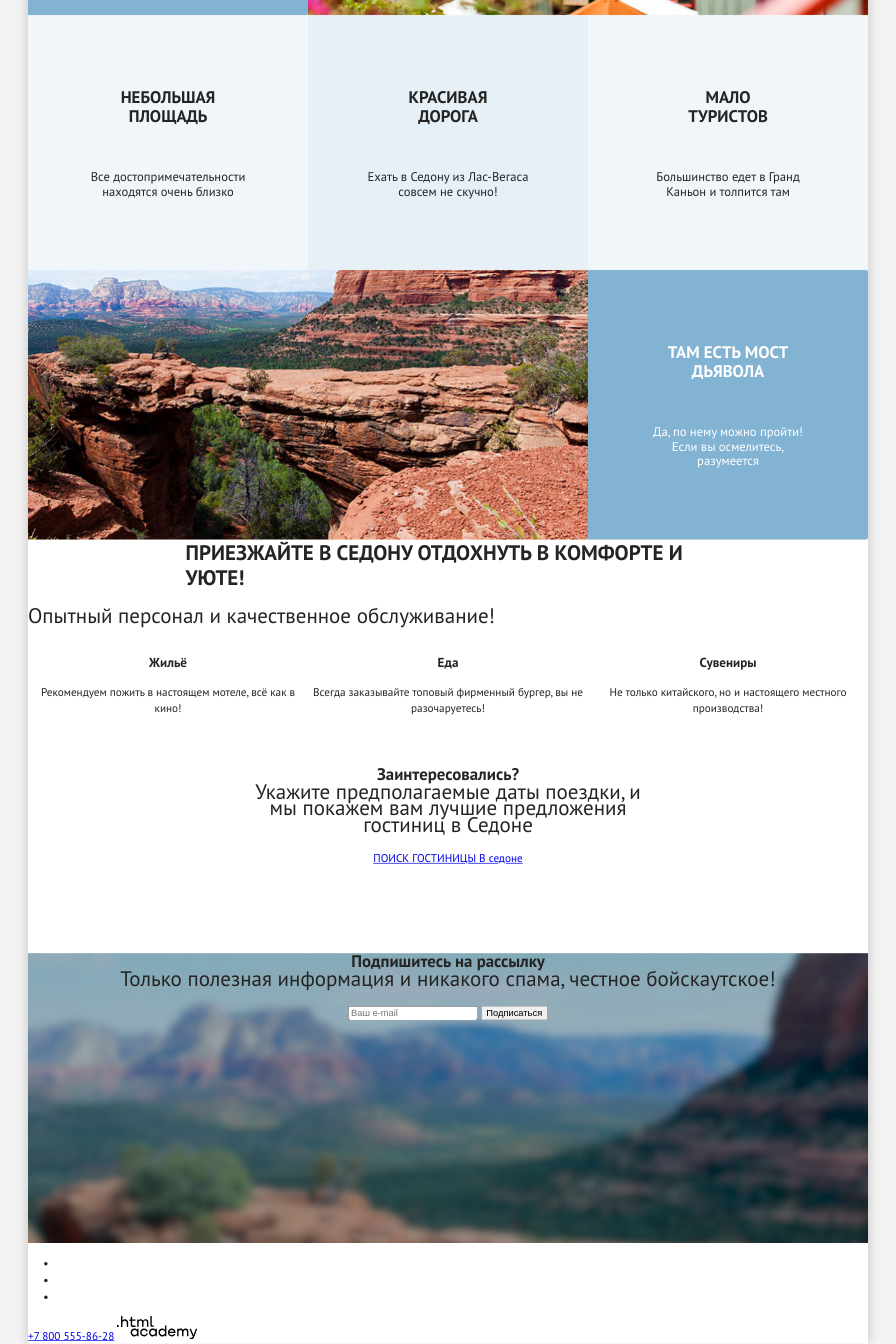
Repository: zakhgagne/2512253-sedona-1
Page: index.html
The author's editor kept a copy of each file at every save. The page is drawn from the files as they stood at one save, then again after the next save.
The browser window is 1280 px wide. The pictures show the part of the page from y = 1194 to 3114 px (the page is 3114 px tall before and 3108 px after), at 70% of full size.

Above is the page before, as saved 2024-05-11 14:09:37.

### index.html
<!DOCTYPE html>
<html lang="ru">

  <head>
    <meta charset="utf-8">
    <title>Сайт города Седона</title>
    <link rel="stylesheet" href="styles/styles.css">
  </head>

  <body>
    <div class="container">
      <header class="header">
        <a class="logo-link" href="#">
          <img class="logo-image" src="./images/logo.svg" alt="Любимая Седона" width="" height="">
        </a>
        <nav class="navigation">
          <ul class="main-menu">
            <li class="menu-item">
              <a href="./index.html" class="menu-link">Главная</a>
            </li>
            <li class="menu-item">
              <a href="#" class="menu-link">О Седоне</a>
            </li>
            <li class="menu-item">
              <a href="./catalog.html" class="menu-link">Гостиницы</a>
            </li>
          </ul>
          <ul class="user-menu">
            <li class="user-menu-item">
              <a href="#" class="user-menu-link">
                <span class="visually-hidden">Поиск</span>
              </a>
            </li>
            <li class="user-menu-item">
              <a href="#" class="user-menu-link">
                <span class="visually-hidden">Избранное</span>
                <span class="like-number">12</span>
              </a>
            </li>
            <li class="user-menu-item">
              <a href="#" class="user-menu-link">Хочу сюда!</a>
            </li>
          </ul>
        </nav>
      </header>
      <main class="main-container">
        <h1 class="visually-hidden">Cайт города Седона</h1>
        <section class="welcome">
          <h2 class="visually-hidden">Приглашение</h2>
          <img src="./images/welcome.svg" class="welcome-image" width="" height="" alt="Welcome">
        </section>

        <section class="city">
          <h2 class="city-title">Седона — небольшой городок в Аризоне, заслуживающий большего!</h2>
          <p class="city-subtitle">Рассмотрим причины, по которым Седона круче, чем Гранд-каньон!</p>

          <ul class="reason-list">
            <li class="reason-item reason-item-special">
              <div class="reason-container">
                <h3 class="reason-title">Настоящий городок</h3>
                <p class="reason-text">Седона — не аттракцион для туристов, там течёт своя жизнь</p>
              </div>
              <img src="./images/photo-1.jpg" class="reason-image" width="" height="">
            </li>
            <li class="reason-item">
              <div class="reason-container">
                <h3 class="reason-title">Небольшая площадь</h3>
                <p class="reason-text">Все достопримечательности находятся очень близко</p>
              </div>
            </li>
            <li class="reason-item">
              <div class="reason-container">
                <h3 class="reason-title">Красивая дорога</h3>
                <p class="reason-text">Ехать в Седону из Лас-Вегаса совсем не скучно!</p>
              </div>
            </li>
            <li class="reason-item">
              <div class="reason-container">
                <h3 class="reason-title">Мало туристов</h3>
                <p class="reason-text">Большинство едет в Гранд Каньон и толпится там</p>
              </div>
            </li>
            <li class="reason-item reason-item-special">
              <img src="./images/photo-2.jpg" class="reason-image" width="" height="">
              <div class="reason-container">
                <h3 class="reason-title">Там есть мост дьявола</h3>
                <p class="reason-text">Да, по нему можно пройти! Если вы осмелитесь, разумеется</p>
              </div>
            </li>
          </ul>
        </section>

        <section class="city-welcome">
          <h2 class="desription">Приезжайте в Седону отдохнуть в комфорте и уюте!</h2>
          <p class="simple-text">Опытный персонал и качественное обслуживание!</p>

          <ul class="comfort-list">
            <li class="comfort-item">
              <h3 class="comfort-title">Жильё</h3>
              <p class="comfort-text">Рекомендуем пожить в настоящем мотеле, всё как в кино!</p>
            </li>
            <li class="comfort-item">
              <h3 class="comfort-title">Еда</h3>
              <p class="comfort-text">Всегда заказывайте топовый фирменный бургер, вы не разочаруетесь!</p>
            </li>
            <li class="comfort-item">
              <h3 class="comfort-title">Сувениры</h3>
              <p class="comfort-text">Не только китайского, но и настоящего местного производства!</p>
            </li>
          </ul>
        </section>

        <section class="interest">
          <h2 class="desription">Заинтересовались?</h2>
          <p class="simple-text">Укажите предполагаемые даты поездки, и мы покажем вам лучшие предложения гостиниц в
            Седоне</p>
          <a href="#" class="button-search-motel">ПОИСК ГОСТИНИЦЫ В седоне</a>
        </section>

      </main>

      <footer>
        <section class="news-letter">
          <h2 class="desription">Подпишитесь на рассылку</h2>
          <p class="simple-text">Только полезная информация и никакого спама, честное бойскаутское!</p>

          <form class="subscribe-form" action="https://echo.htmlacademy.ru/" method="post">
            <input class="field" placeholder="Ваш e-mail" type="email" name="distribution-email" required>
            <button class="subscribe-form-button" type="submit">Подписаться</button>
          </form>
        </section>
        <div class="footer-container">
          <section class="contacts">
            <h2 class="visually-hidden">Контакты</h2>
            <ul class="contact-list">
              <li class="contact-list-item">
                <a href="#" class="contact-list-link">
                  <p class="visually-hidden">Вконтакте</p>
                </a>
              </li>
              <li class="contact-list-item">
                <a href="#" class="contact-list-link">
                  <p class="visually-hidden">Телеграм</p>
                </a>
              </li>
              <li class="contact-list-item">
                <a href="#" class="contact-list-link">
                  <p class="visually-hidden">Ютуб</p>
                </a>
              </li>
            </ul>
            <a class="footer-contacts-address-phone" href="tel:+78005558628">+7 800 555-86-28</a>
            <a class="htmlacademy-link" href="https://htmlacademy.ru/">
              <img src="./images/logo-academy.svg" width="" height="" alt="Академия">
            </a>
          </section>
        </div>
      </footer>
    </div>
  </body>

</html>

### styles/styles.css
@font-face {
  font-family: "PT Sans";
  font-style: normal;
  font-weight: 400;
  src: url("../fonts/ptsans-400.woff2") format("woff2");
  font-display: swap;
}

@font-face {
  font-family: "PT Sans";
  font-style: normal;
  font-weight: 700;
  src: url("../fonts/ptsans-700.woff2") format("woff2");
  font-display: swap;
}


body {
  margin: 0;
  font-family: "PT Sans", "Arial", sans-serif;
  font-size: 16px;
  line-height: 24px;
  color: #242424;
  background-color: #f2f2f2;
}

.visually-hidden {
  display: none;
}

.container {
  width: 1200px;
  margin: 0 auto;
  background-color: #ffffff;
  box-shadow: 0 0 15px rgba(0, 0, 0, 0.2);
}

.header {
  background-color: #ffffff;
  position: relative;
  padding: 0 68px 0 238px;
}

.logo-link {
  position: absolute;
  top: 0;
  left: 70px;
}

.logo-image {}

.navigation {
  display: flex;
  justify-content: space-between;
}

.main-menu {
  padding: 0;
  margin: 0;
  list-style: none;
  display: flex;
  width: 500px;
  flex-wrap: wrap;
}

.menu-item {}

.menu-link {
  font-size: 20px;
  font-weight: 700;
  line-height: 24px;
  color: #000000;
  text-decoration: none;
  display: block;
  padding: 20px 16px;

}

.menu-item:nth-child(1) {
  /* background-color: red; */
}

.menu-item:nth-child(2) {
  /* background-color: blue; */
}

.menu-item:nth-child(3) {
  /* background-color: red; */
}

.user-menu {
  padding: 0;
  margin: 0;
  list-style: none;
  display: flex;
}

.welcome {
  background-color: #aec5d1;
  background-image: url("../images/white-crown.svg"), url("../images/index-background.jpg");
  background-repeat: no-repeat;
  background-position: center bottom, center top;
  background-size: 1200px 57px, cover;
  padding-top: 51px;
  padding-bottom: 82px;
  min-height: 352px;
}

.welcome-image {
  display: block;
  margin: 0 auto;
}

.city {
  text-align: center;
  padding-top: 70px;
}

.city-title {
  padding: 0;
  margin: 0 auto 24px;
  font-size: 30px;
  font-weight: 700;
  line-height: 36px;
  text-transform: uppercase;
  width: 750px;

}

.city-subtitle {
  padding: 0;
  margin: 0 auto 90px;
  font-size: 22px;
  font-weight: 400;
  line-height: 26px;
  width: 750px;
}

.reason-list {
  display: flex;
  justify-content: space-between;
  text-align: center;
  padding: 0;
  margin: 0;
  list-style: none;
  flex-wrap: wrap;
}

.reason-item {
  display: flex;
  background-color: bisque;
}

.reason-container {
  width: 400px;
  padding-top: 103px;
  padding-bottom: 102px;
}

.reason-title {
  margin: 0 auto 61px;
  padding: 0;
  font-size: 24px;
  font-weight: 700;
  line-height: 28px;
  width: 175px;
  text-transform: uppercase;

}

.reason-text {
  padding: 0;
  margin: 0 auto;
  font-size: 18px;
  font-weight: 400;
  line-height: 21px;
  width: 231px;
}

.reason-item:nth-child(2n) {
  background-color: #f0f6fa;
}
.reason-item:nth-child(3n) {
  background-color: #e6f0f6;
}
.reason-item-special .reason-container {
  background-color: #82B3D3;
  border-radius: 0px 4px 4px 0px;
  color: #FFFFFF;

}

.comfort-list {
  display: flex;
  justify-content: space-between;
  text-align: center;
  padding: 0;
  margin: 0;
  list-style: none;
}

.comfort-item {
  width: 400px;
}

.interest {
  text-align: center;
  margin: 54px auto;
  height: 214px;
  width: 592px;
}

.desription {
  padding: 0;
  margin: 0;
}

.footer-container {
  display: flex;
  margin: 0 auto;
}


.news-letter {
  background-image: url("../images/subscribe.jpg");
  background-repeat: no-repeat;
  min-height: 414px;
  text-align: center;

  /*width: 684px;*/
}

.city-welcome .desription {
  padding: 0;
    margin: 0 auto 24px;
    font-size: 30px;
    font-weight: 700;
    line-height: 36px;
    text-transform: uppercase;
    width: 750px;
}

.simple-text {
    padding: 0;
      margin: 0 auto 24px;
      font-size: 30px;
}

After the next save:
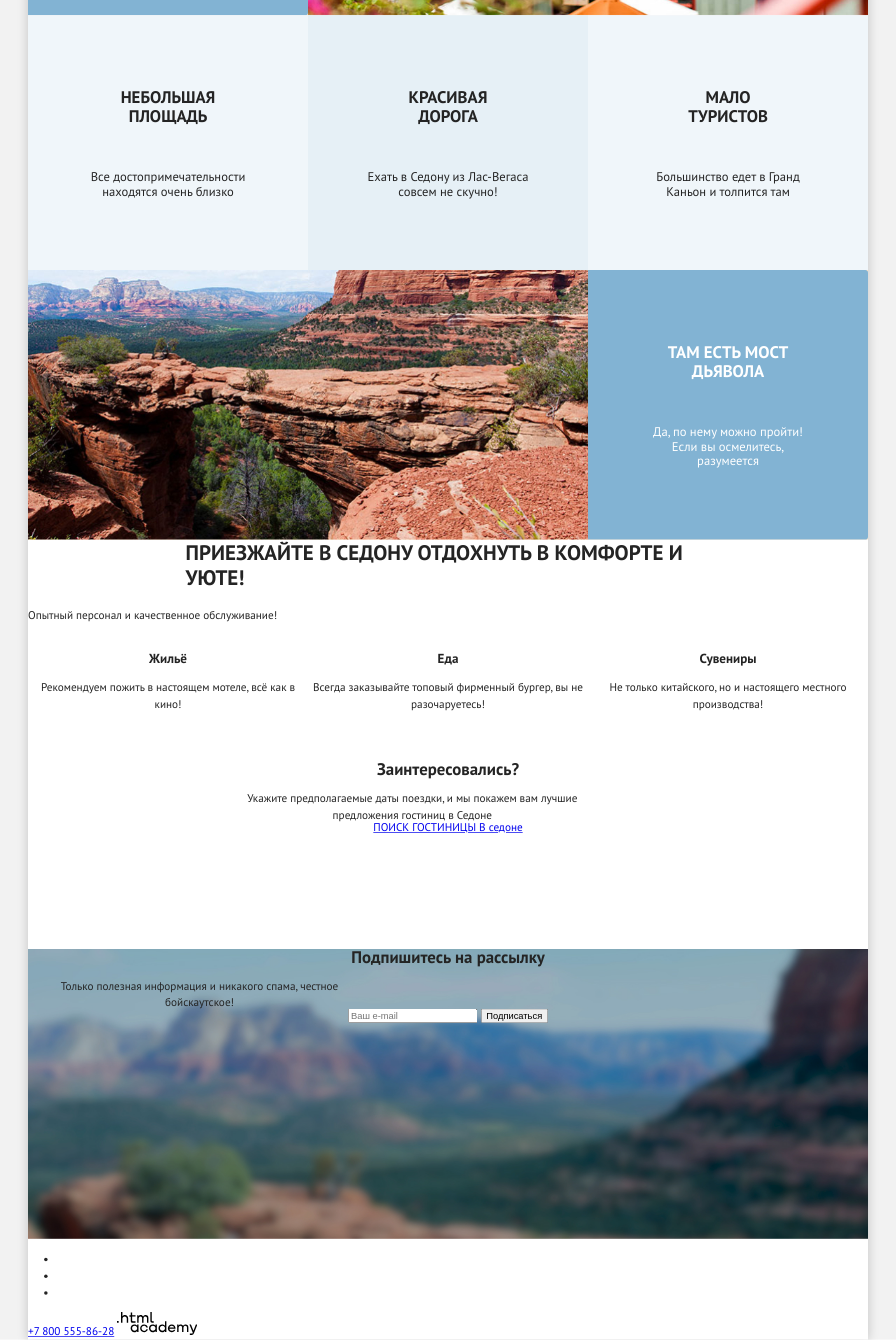
Saved 53 s later.
--- a/styles/styles.css
+++ b/styles/styles.css
@@ -241,7 +241,6 @@ body {
 }
 
 .simple-text {
-    padding: 0;
-      margin: 0 auto 24px;
-      font-size: 30px;
-}
+width: 490px;
+  height: 26px;
+}
